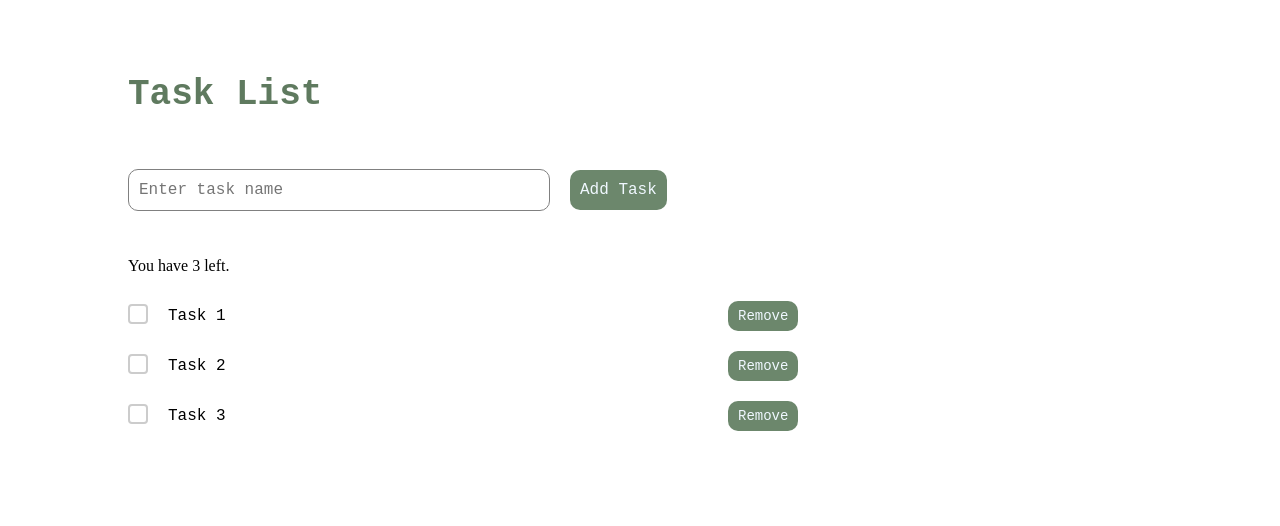
Repository: SandyLy453/task-list
Page: /
These files come from the project's save history. The page is drawn as it stood at one moment and after the next save; the edit follows.
The browser window is 1280 px wide. The pictures show the whole page.
The project was rebuilt for these pictures with package versions that can differ from the ones it lists, and the page was loaded fresh each time. Also part of the build but not shown: vite.config.js.

Above is the page before, as saved 2024-10-11 15:42:35.

### src/App.jsx
import { useState } from 'react';
import Task from './components/Task';
import TaskForm from './components/TaskForm';

function App() {
  const [tasks, setTasks] = useState([
    { name: 'Task 1', checked: false },
    { name: 'Task 2', checked: false },
    { name: 'Task 3', checked: false }
  ]);

  // Function to calculate the number of unchecked tasks
  const getUncheckedCount = () => {
    return tasks.filter((task) => !task.checked).length;
  };

  // Function to add a new task
  const addTask = (taskName) => {
    setTasks([...tasks, { name: taskName, checked: false }]); // New tasks are unchecked by default
  };

  // Function to remove a task
  const removeTask = (taskName) => {
    setTasks(tasks.filter((task) => task.name !== taskName));
  };

  // Function to toggle the task status
  const toggleTaskStatus = (taskName) => {
    const updatedTasks = tasks.map((task) =>
      task.name === taskName ? { ...task, checked: !task.checked } : task
    );
    setTasks(updatedTasks); // Update the task's checked status in the parent state
  };

  return (
    <>
      <div className="container">
        <h1 className="title">Task List</h1>
        <TaskForm addTask={addTask} />
        <p className="note">You have {getUncheckedCount()} left.</p>
        <div>
          {tasks.map((task, index) => (
            <Task
              key={index}
              name={task.name}
              checked={task.checked}
              toggleTaskStatus={toggleTaskStatus}
              removeTask={removeTask}
            />
          ))}
        </div>
      </div>
    </>
  );
}

export default App;

### src/index.css
.container {
  padding: 20px;
  margin: 30px 100px;
}

.title {
  font-family: monospace;
  font-size: 36px;
  color: rgb(95, 122, 95);
}

.inputBox {
  padding: 10px 0 10px 0;
}

.input {
  height: 20px;
  width: 400px;
  padding: 10px;
  font-size: 16px;
  font-family: monospace;
  margin: 20px 20px 20px 0;
  border-radius: 10px;
  border: 1px solid gray;
}

.sm-btn{
  height: 40px;
  padding: 10px;
  font-size: 16px;
  font-family: monospace;
  background-color: rgb(108, 135, 108);
  color: aliceblue;
  border: none;
  border-radius: 10px;
}

.sm-btn:hover {
  background-color: rgb(84, 103, 84);
}

.task {
  display: flex;
  flex-direction: row;
  align-items: center;
  gap: 20px;
}

.checkBox {
  width: 20px;
  height: 20px;
  appearance: none;
  background-color: white;
  border: 2px solid #ccc;
  border-radius: 4px;
  cursor: pointer;
  position: relative;
  margin: 6px 0;
}

.checkBox:checked {
  background-color: rgb(108, 135, 108);
}

.checkBox:checked::after {
  content: "";
  display: block;
  width: 4px;
  height: 10px;
  border: solid white;
  border-width: 0 2px 2px 0;
  transform: rotate(45deg);
  position: absolute;
  top: 0px;
  left: 5px;
}

.content {
  width: 540px;
  display: flex;
  word-wrap: normal;
  font-family: monospace;
  font-size: 16px;
}

.task-delete {
  height: 30px;
  padding: 10px;
  align-items: center;
  align-self: center;
  display: flex;
  justify-content: center;
  font-size: 14px;
  font-family: monospace;
  background-color: rgb(108, 135, 108);
  color: aliceblue;
  border: none;
  border-radius: 10px;
}

.task-delete:hover {
  background-color: rgb(84, 103, 84);
}

### src/components/Task.jsx
import { useRef, useEffect } from "react";

export default function Task({ name, checked, removeTask, toggleTaskStatus }) {
  const checkboxRef = useRef(null);
  const taskNameRef = useRef(null);

  useEffect(() => {
    const checkbox = checkboxRef.current;
    const crossText = taskNameRef.current;

    // Handle the initial checked state
    if (checked) {
      checkbox.checked = true;
      crossText.style.textDecoration = "line-through";
    } else {
      checkbox.checked = false;
      crossText.style.textDecoration = "none";
    }

    const handleCheckBoxChange = () => {
      toggleTaskStatus(name);
    };

    checkbox.addEventListener("change", handleCheckBoxChange);

    return () => {
      checkbox.removeEventListener("change", handleCheckBoxChange);
    };
  }, [name, checked, toggleTaskStatus]);

  return (
    <>
      <div className="task">
        <label>
          <input type="checkbox" ref={checkboxRef} className="checkBox"/>
        </label>
        <p ref={taskNameRef} className="content">{name}</p>
        <button className="task-delete" onClick={() => removeTask(name)}>
          Remove
        </button>
      </div>
    </>
  );
}

### src/components/TaskForm.jsx
import { useState } from "react";

export default function TaskForm({ addTask }) {
  const [inputValue, setInputValue] = useState("");

  const handleSubmit = (e) => {
    e.preventDefault();
    if (inputValue.trim() !== "") {
      addTask(inputValue);
      setInputValue(""); // clear the input
    }
  };

  return (
    <form onSubmit={handleSubmit} className="inputBox">
      <input
        type="text"
        value={inputValue}
        onChange={(e) => setInputValue(e.target.value)}
        placeholder="Enter task name"
        className="input"
      />
      <button type="submit" className="sm-btn">Add Task</button>
    </form>
  );
}

Loaded but not shown: index.html (common file); src/main.jsx (common file)

After the next save:
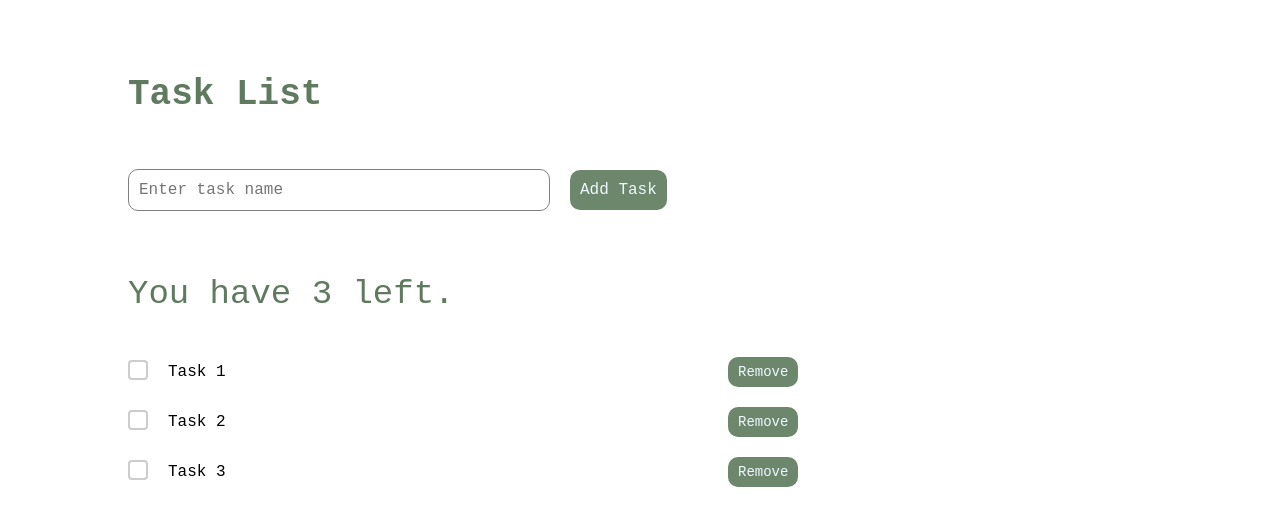
Saved 16 s later.
--- a/src/index.css
+++ b/src/index.css
@@ -6,6 +6,12 @@
 .title {
   font-family: monospace;
   font-size: 36px;
+  color: rgb(95, 122, 95);
+}
+
+.note {
+  font-family: monospace;
+  font-size: 34px;
   color: rgb(95, 122, 95);
 }
 
